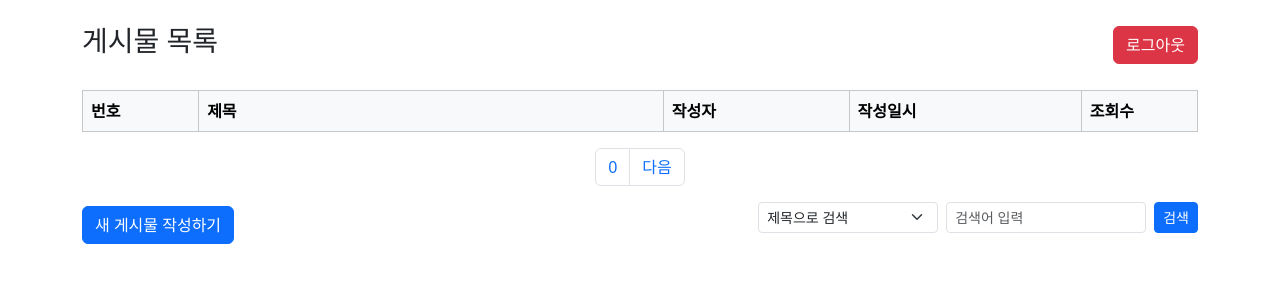
Repository: LHH-commits/SpringBoot_simple_board
Page: http://localhost/lcomputerstudy/WEB-INF/views/list.jsp
The author's editor kept a copy of each file at every save. The page is drawn from the files as they stood at one save, then again after the next save.
The browser window is 1280 px wide. The pictures show the whole page.
The page is served by Tomcat 9. Nobody is signed in. Other server files are loaded and not shown. The template is opened directly, without the code that normally fills it, so the values that code supplies are empty.

Above is the page before, as saved 2024-09-23 01:39:12.

### lcomputerstudy/src/main/webapp/WEB-INF/views/list.jsp
<%@ page language="java" contentType="text/html; charset=UTF-8" pageEncoding="UTF-8"%>
<%@ taglib prefix="c" uri="http://java.sun.com/jsp/jstl/core"%>

<!DOCTYPE html>
<html>
<head>
<meta charset="UTF-8">
<title>게시물 목록</title>
<script src="https://ajax.googleapis.com/ajax/libs/jquery/1.12.4/jquery.min.js"></script>
<link href="https://cdn.jsdelivr.net/npm/bootstrap@5.3.3/dist/css/bootstrap.min.css" rel="stylesheet" integrity="sha384-QWTKZyjpPEjISv5WaRU9OFeRpok6YctnYmDr5pNlyT2bRjXh0JMhjY6hW+ALEwIH" crossorigin="anonymous">
<script src="https://cdn.jsdelivr.net/npm/bootstrap@5.3.3/dist/js/bootstrap.bundle.min.js" integrity="sha384-YvpcrYf0tY3lHB60NNkmXc5s9fDVZLESaAA55NDzOxhy9GkcIdslK1eN7N6jIeHz" crossorigin="anonymous"></script>
<!-- <style>
        body {
            font-family: Arial, sans-serif;
            margin: 20px;
        }
        table {
            width: 100%;
            border-collapse: collapse;
            margin-bottom: 20px;
        }
        th, td {
            padding: 10px;
            text-align: left;
            border-bottom: 1px solid #ddd;
        }
        th {
            background-color: #f4f4f4;
        }
        tr:hover {
            background-color: #f1f1f1;
        }
        h1 {
            color: #333;
        }
        .container {
            max-width: 1200px;
            margin: 0 auto;
        }
        .button {
            padding: 10px 15px;
            text-decoration: none;
            color: #fff;
            background-color: #007bff;
            border-radius: 5px;
            font-size: 16px;
            display: inline-block;
            margin-bottom: 20px;
        }
        .button:hover {
            background-color: #0056b3;
        }
        .header {
	        display: flex;
	        justify-content: space-between;
	        align-items: center;
	        margin-bottom: 20px;
   		}
    	.logout-button {
	        padding: 10px 15px;
	        text-decoration: none;
	        color: #fff;
	        background-color: #dc3545;
	        border-radius: 5px;
	        font-size: 16px;
   		}
    	.logout-button:hover {
        	background-color: #c82333;
   		}
   		.pagination {
	        text-align: center;
	        margin: 20px 0;
	    }
	    .pagination a {
	        color: #007bff;
	        text-decoration: none;
	        padding: 10px 15px;
	        border: 1px solid #ddd;
	        border-radius: 5px;
	        margin: 0 5px;
	    }
	    .pagination a:hover, .pagination a.active {
	        background-color: #007bff;
	        color: #fff;
	        border-color: #007bff;
	    }
	    .pagination .disabled {
	        color: #ddd;
	        border-color: #ddd;
	        cursor: not-allowed;
	    }
    </style> -->
<script>
    function goToList() {
        window.location.href = "/list"; // 전체 리스트로 이동
    }
</script>
</head>
<body>
    <div class="container mt-4">
    	<div class="d-flex justify-content-between align-items-center mb-4">
    		<h1 class="h3" onclick="goToList()" style="cursor: pointer;">게시물 목록</h1>
    		<a href="/logout" class="btn btn-danger">로그아웃</a>
    	</div>

    <table class="table table-hover table-bordered">
        <thead class="table-light">
            <tr>
                <th style="width: 5%">번호</th>
                <th style="width: 20%">제목</th>
                <th style="width: 8%">작성자</th>
                <th style="width: 10%">작성일시</th>
                <th style="width: 5%">조회수</th>
            </tr>
        </thead>
        <tbody>
            <c:forEach var="item" items="${list}">
                <tr>
                    <td>${item.bId}</td>
                    <td><a href="/detailBoard?bId=${item.bId}&page=${pagination.page}&searchOption=${searchparam.searchOption}&searchKeyword=${searchparam.searchKeyword}"
                    class="text-decoration-none">${item.bTitle}</a></td>
                    <td>${item.bWriter}</td>
                    <td>${item.bDateTime}</td>
                    <td>${item.bViews}</td>
                </tr>
            </c:forEach>
        </tbody>
    </table>
    <nav>
		<ul class="pagination justify-content-center">
		    <c:if test="${pagination.prevPage > 0}">
		    	<li class="page-item">
		        	<a class="page-link" href="/list?page=${pagination.prevPage}&searchOption=${searchparam.searchOption}&searchKeyword=${searchparam.searchKeyword}">이전</a>
		    </c:if>
		    <c:forEach var="i" begin="${pagination.startPage}" end="${pagination.endPage}">
		    	<li class="page-item ${i == pagination.page ? 'active' : ''}">
		        	<a class="page-link" href="/list?page=${i}&searchOption=${searchparam.searchOption}&searchKeyword=${searchparam.searchKeyword}">${i}</a>
		        </li>
		    </c:forEach>
		    <c:if test="${pagination.nextPage <= pagination.lastPage}">
		    	<li class="page-item">
		        	<a class="page-link" href="/list?page=${pagination.nextPage}&searchOption=${searchparam.searchOption}&searchKeyword=${searchparam.searchKeyword}">다음</a>
		    	</li>
		    </c:if>
		</ul>
	</nav>
		<div class="d-flex justify-content-between align-items-center mb-4">
	        <a href="/insertBoard" class="btn btn-primary btn-md">새 게시물 작성하기</a>
	        <form action="/list" method="get" class="d-flex mb-3">
			    <select name="searchOption" class="form-select form-select-sm me-2" style="width:180px">
			        <option value="title" ${searchparam.searchOption == 'title' ? 'selected' : ''}>제목으로 검색</option>
			        <option value="content" ${searchparam.searchOption == 'content' ? 'selected' : ''}>내용으로 검색</option>
			        <option value="titleContent" ${searchparam.searchOption == 'titleContent' ? 'selected' : ''}>제목+내용으로 검색</option>
			    </select>
		    	<input type="text" name="searchKeyword" class="form-control form-control-sm me-2" style="width:200px" value="${searchparam.searchKeyword != null ? searchparam.searchKeyword : ''}" placeholder="검색어 입력">
		   		<button type="submit" class="btn btn-primary btn-sm">검색</button>
			</form>
		</div>
    </div>
</body>
</html>

After the next save:
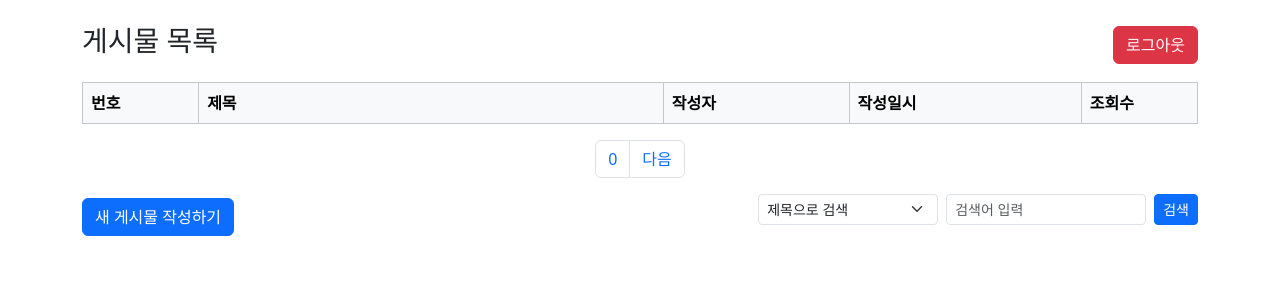
Saved 16 s later.
--- a/lcomputerstudy/src/main/webapp/WEB-INF/views/list.jsp
+++ b/lcomputerstudy/src/main/webapp/WEB-INF/views/list.jsp
@@ -98,7 +98,7 @@
 </head>
 <body>
     <div class="container mt-4">
-    	<div class="d-flex justify-content-between align-items-center mb-4">
+    	<div class="d-flex justify-content-between align-items-center mb-3">
     		<h1 class="h3" onclick="goToList()" style="cursor: pointer;">게시물 목록</h1>
     		<a href="/logout" class="btn btn-danger">로그아웃</a>
     	</div>

After the save that followed:
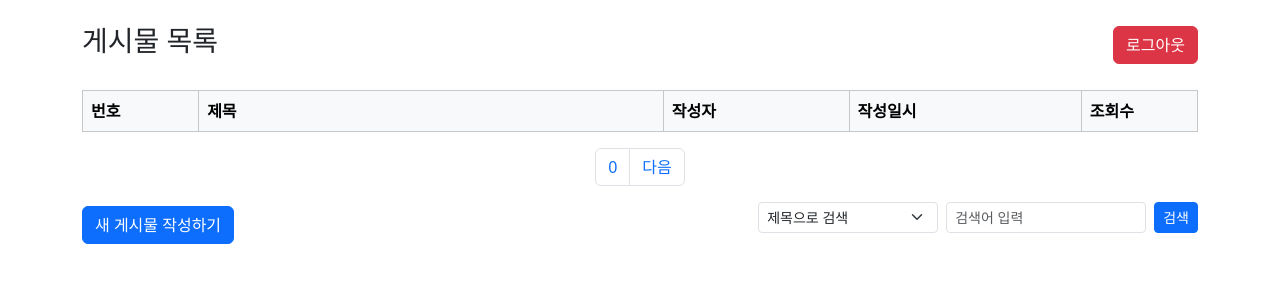
Saved 7 s later.
--- a/lcomputerstudy/src/main/webapp/WEB-INF/views/list.jsp
+++ b/lcomputerstudy/src/main/webapp/WEB-INF/views/list.jsp
@@ -98,7 +98,7 @@
 </head>
 <body>
     <div class="container mt-4">
-    	<div class="d-flex justify-content-between align-items-center mb-3">
+    	<div class="d-flex justify-content-between align-items-center mb-4">
     		<h1 class="h3" onclick="goToList()" style="cursor: pointer;">게시물 목록</h1>
     		<a href="/logout" class="btn btn-danger">로그아웃</a>
     	</div>
